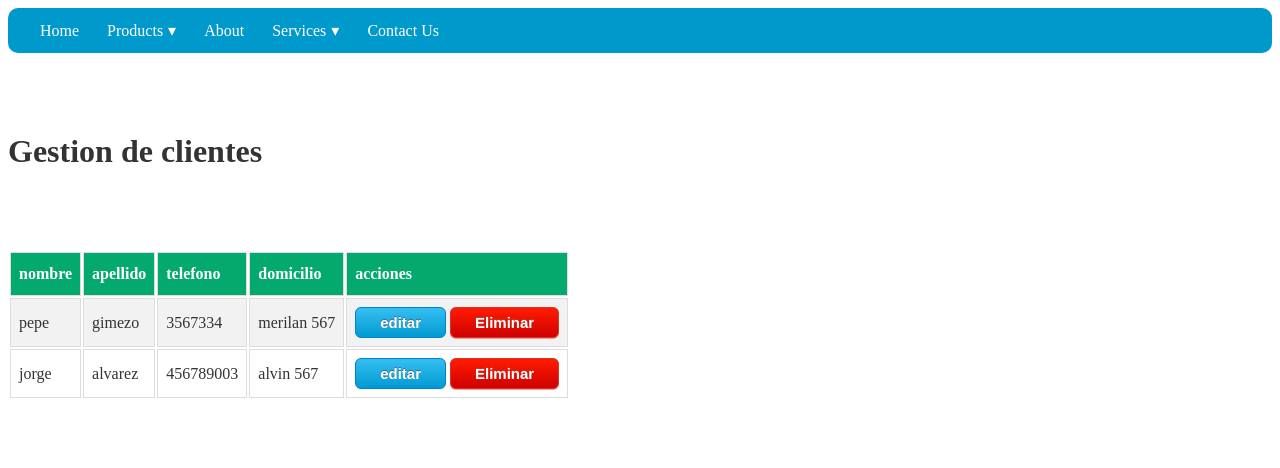
Repository: geraldine-ventura/Practicando.net
Page: index 2.html
The author's editor kept a copy of each file at every save. The page is drawn from the files as they stood at one save, then again after the next save.
The browser window is 1280 px wide. The pictures show the whole page.

Above is the page before, as saved 2022-12-20 12:26:17.

After the next save:
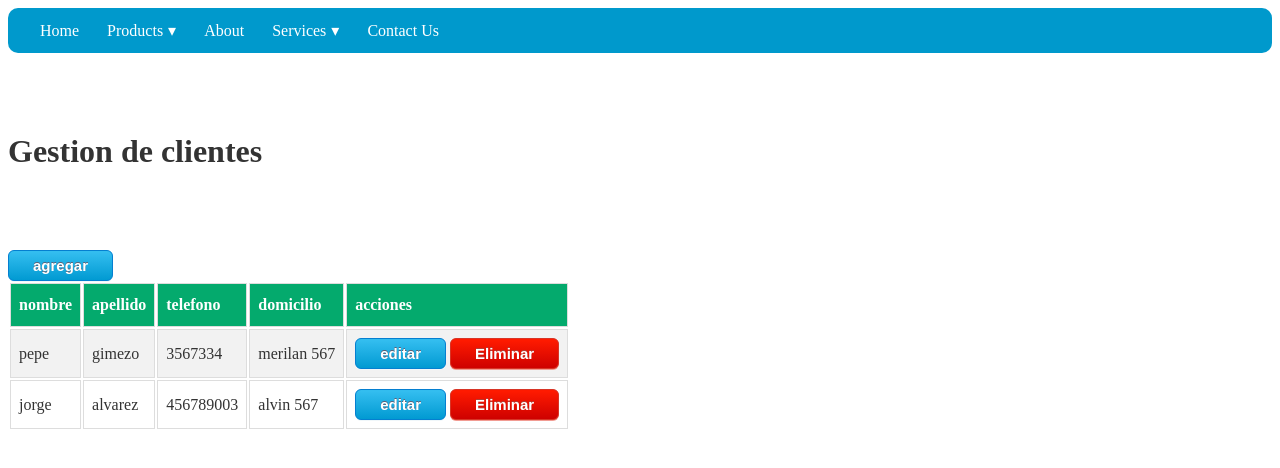
Saved 78 s later.
--- a/index 2.html
+++ b/index 2.html
@@ -26,7 +26,11 @@
       <li><a href='http://'>Contact Us</a></li>
     </ul>
   </nav>
+
 <h1>Gestion de clientes</h1>
+
+<a href="#" class="myButton">agregar</a>
+
 <table id= "customers">
     <tr>
         <th>nombre</th>
